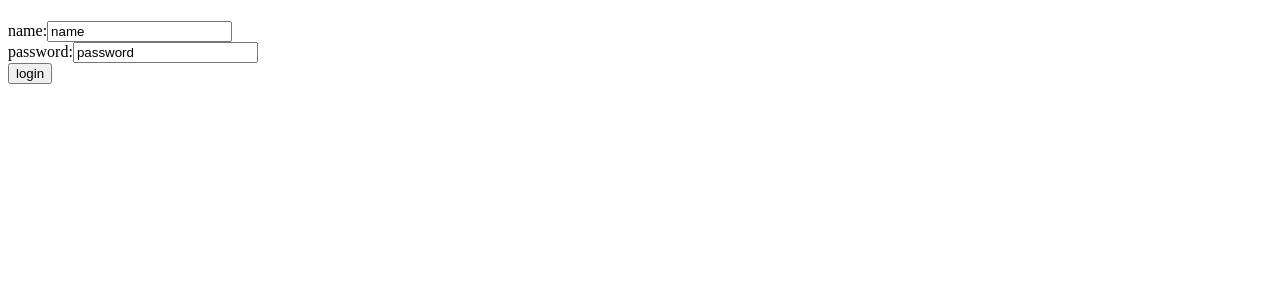
Repository: venkatasuryarameshbabu/palmetopractice
Page: cookies/WebContent/login.html
An editor plug-in stored every save of this project. The page is shown before and after the next save, followed by the edit.
The browser window is 1280 px wide. The pictures show the whole page.

Above is the page before, as saved 2020-02-07 05:05:54.

After the next save:
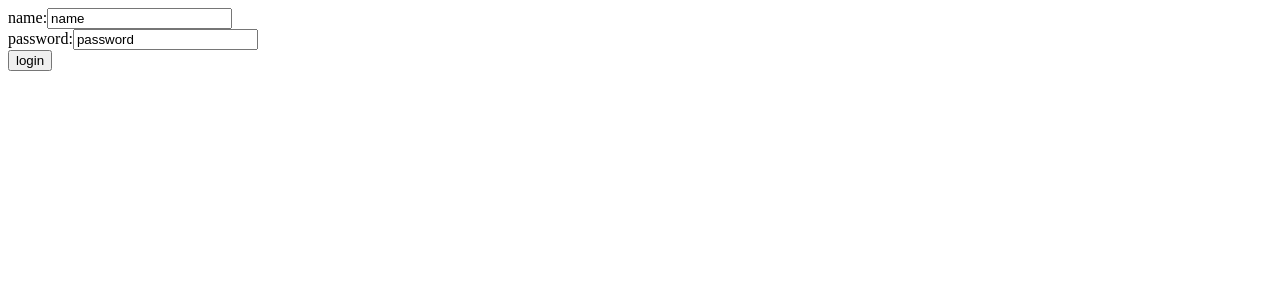
Saved 108 s later.
--- a/cookies/WebContent/login.html
+++ b/cookies/WebContent/login.html
@@ -5,9 +5,10 @@
 <title></title>
 </head>
 <body>
-<h1></h1>
+<form="loginservlet" method="post">
 name:<input type="text" value="name"/></br>
 password:<input type="text" value="password"/></br>
    <input type="submit" value="login"/>
+</form>
 </body>
 </html>
